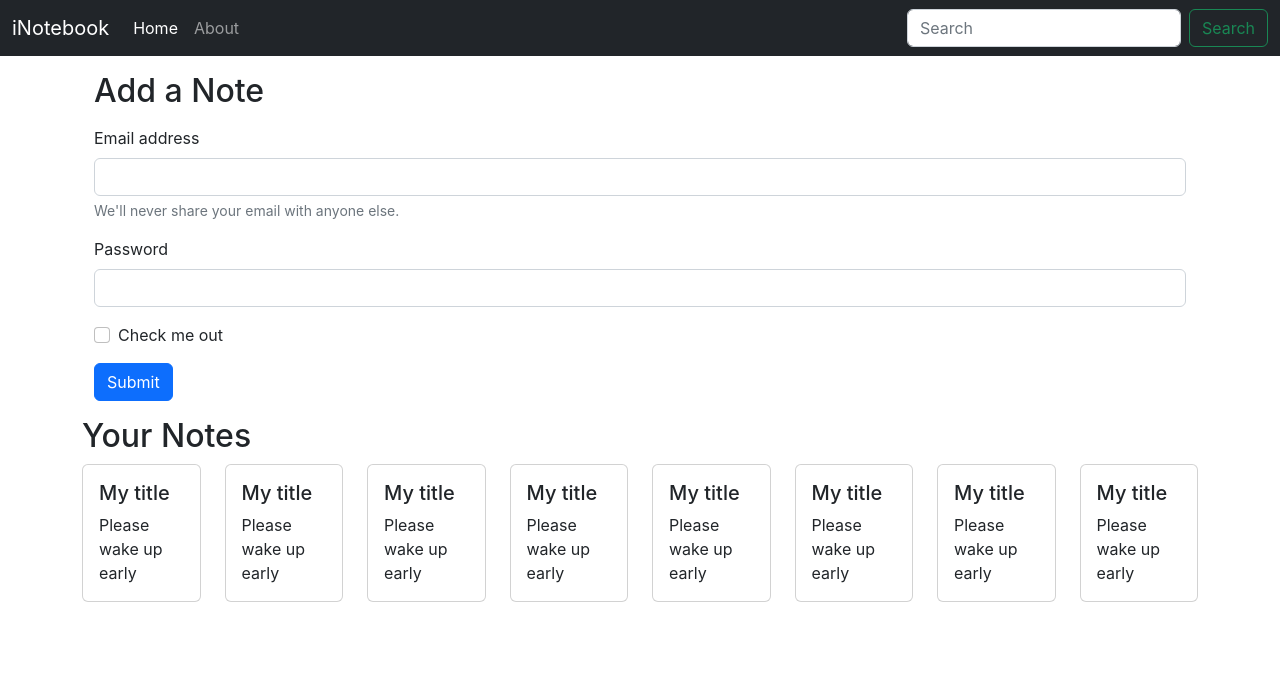
Repository: SatishPatil108/iNotebook-React
Page: /
These files come from the project's save history. The page is drawn as it stood at one moment and after the next save; the edit follows.
The browser window is 1280 px wide. The pictures show the whole page.
The project was rebuilt for these pictures with package versions that can differ from the ones it lists, and the page was loaded fresh each time. Also part of the build but not shown: src/App.css, src/components/About.js.

Above is the page before, as saved 2022-07-24 18:15:22.

### public/index.html
<!DOCTYPE html>
<html lang="en">

<head>
  <meta charset="utf-8" />
  <link rel="icon" href="%PUBLIC_URL%/favicon.ico" />
  <meta name="viewport" content="width=device-width, initial-scale=1" />
  <meta name="theme-color" content="#000000" />
  <meta name="description" content="Web site created using create-react-app" />
  <link rel="apple-touch-icon" href="%PUBLIC_URL%/logo192.png" />

  <link rel="manifest" href="%PUBLIC_URL%/manifest.json" />
  <link href="https://cdn.jsdelivr.net/npm/bootstrap@5.2.0/dist/css/bootstrap.min.css" rel="stylesheet"
    integrity="sha384-gH2yIJqKdNHPEq0n4Mqa/HGKIhSkIHeL5AyhkYV8i59U5AR6csBvApHHNl/vI1Bx" crossorigin="anonymous">

  <title>iNotebook - Your Notes Secured in the Cloud</title>
</head>

<body>
  <noscript>You need to enable JavaScript to run this app.</noscript>
  <div id="root"></div>
  <script src="https://cdn.jsdelivr.net/npm/@popperjs/core@2.11.5/dist/umd/popper.min.js"
    integrity="sha384-Xe+8cL9oJa6tN/veChSP7q+mnSPaj5Bcu9mPX5F5xIGE0DVittaqT5lorf0EI7Vk"
    crossorigin="anonymous"></script>
  <script src="https://cdn.jsdelivr.net/npm/bootstrap@5.2.0/dist/js/bootstrap.min.js"
    integrity="sha384-ODmDIVzN+pFdexxHEHFBQH3/9/vQ9uori45z4JjnFsRydbmQbmL5t1tQ0culUzyK"
    crossorigin="anonymous"></script>

</body>

</html>

### src/App.js
import './App.css';
import {
  BrowserRouter as Router,
  Routes,
  Route
} from "react-router-dom";
import Navbar from './components/Navbar';
import Home from './components/Home';
import About from './components/About';
import NoteState from './context/notes/NoteState';

function App() {
  return (
    <>
      <NoteState>
        <Router>
          <Navbar />
          <div className="container">
            <Routes>
              <Route exact path="/" element={<Home />}></Route>
              <Route exact path="/about" element={<About />}></Route>
            </Routes>
          </div>
        </Router>
      </NoteState>
    </>
  );
}

export default App;

### src/components/Navbar.js
import React, { useEffect } from 'react'
import { Link, useLocation } from "react-router-dom";

const Navbar = () => {

    let location = useLocation();
    useEffect(() => {
        console.log(location.pathname);
    }, [location]);
    return (
        <div>
            <nav className="navbar navbar-expand-lg navbar-dark  bg-dark">
                <div className="container-fluid">
                    <Link className="navbar-brand" to="/">iNotebook</Link>
                    <button className="navbar-toggler" type="button" data-bs-toggle="collapse" data-bs-target="#navbarSupportedContent" aria-controls="navbarSupportedContent" aria-expanded="false" aria-label="Toggle navigation">
                        <span className="navbar-toggler-icon"></span>
                    </button>
                    <div className="collapse navbar-collapse" id="navbarSupportedContent">
                        <ul className="navbar-nav me-auto mb-2 mb-lg-0">
                            <li className="nav-item">
                                <Link className={`nav-link ${location.pathname === "/" ? "active" : ""}`} aria-current="page" to="/">Home</Link>
                            </li>
                            <li className="nav-item">
                                <Link className={`nav-link ${location.pathname === "/about" ? "active" : ""}`} to="/about">About</Link>
                            </li>
                        </ul>
                        <form className="d-flex" role="search">
                            <input className="form-control me-2" type="search" placeholder="Search" aria-label="Search" />
                            <button className="btn btn-outline-success" type="submit">Search</button>
                        </form>
                    </div>
                </div>
            </nav>
        </div>
    )
}

export default Navbar

### src/components/Home.js
import Notes from './Notes';

const Home = () => {

    return (
        <div>
            <div className="container my-3">
                <h2>Add a Note</h2>
                <form className='my-3'>
                    <div className="mb-3">
                        <label for="exampleInputEmail1" className="form-label">Email address</label>
                        <input type="email" className="form-control" id="exampleInputEmail1" aria-describedby="emailHelp" />
                        <div id="emailHelp" className="form-text">We'll never share your email with anyone else.</div>
                    </div>
                    <div className="mb-3">
                        <label for="exampleInputPassword1" className="form-label">Password</label>
                        <input type="password" className="form-control" id="exampleInputPassword1" />
                    </div>
                    <div className="mb-3 form-check">
                        <input type="checkbox" className="form-check-input" id="exampleCheck1" />
                        <label className="form-check-label" for="exampleCheck1">Check me out</label>
                    </div>
                    <button type="submit" className="btn btn-primary">Submit</button>
                </form>
            </div>
            <Notes />
        </div>
    )
}

export default Home

### src/context/notes/NoteState.js
import NoteContext from "./noteContext";
import { useState } from "react";
const NoteState = (props) => {
    const notesInitial = [
        {
            "_id": "62da4a93624101fbcba2f70b",
            "user": "62da3547e5c581994402a424",
            "title": "My title",
            "description": "Please wake up early",
            "tag": "Personal",
            "date": "2022-07-22T06:58:27.100Z",
            "__v": 0
        },
        {
            "_id": "62da4a93624101fbcba2f70d",
            "user": "62da3547e5c581994402a424",
            "title": "My title",
            "description": "Please wake up early",
            "tag": "Personal",
            "date": "2022-07-22T06:58:27.254Z",
            "__v": 0
        },
        {
            "_id": "62da4b55247e3f71d9903681",
            "user": "62da3547e5c581994402a424",
            "title": "My title",
            "description": "Please wake up early",
            "tag": "Personal",
            "date": "2022-07-22T07:01:41.403Z",
            "__v": 0
        },
        {
            "_id": "62da89d6007163cf4d1b5c32",
            "user": "62da3547e5c581994402a424",
            "title": "My title",
            "description": "Please wake up early",
            "tag": "Personal",
            "date": "2022-07-22T11:28:22.313Z",
            "__v": 0
        },
        {
            "_id": "62da4a93624101fbcba2f70b",
            "user": "62da3547e5c581994402a424",
            "title": "My title",
            "description": "Please wake up early",
            "tag": "Personal",
            "date": "2022-07-22T06:58:27.100Z",
            "__v": 0
        },
        {
            "_id": "62da4a93624101fbcba2f70d",
            "user": "62da3547e5c581994402a424",
            "title": "My title",
            "description": "Please wake up early",
            "tag": "Personal",
            "date": "2022-07-22T06:58:27.254Z",
            "__v": 0
        },
        {
            "_id": "62da4b55247e3f71d9903681",
            "user": "62da3547e5c581994402a424",
            "title": "My title",
            "description": "Please wake up early",
            "tag": "Personal",
            "date": "2022-07-22T07:01:41.403Z",
            "__v": 0
        },
        {
            "_id": "62da89d6007163cf4d1b5c32",
            "user": "62da3547e5c581994402a424",
            "title": "My title",
            "description": "Please wake up early",
            "tag": "Personal",
            "date": "2022-07-22T11:28:22.313Z",
            "__v": 0
        }
    ]

    const [notes, setNotes] = useState(notesInitial)

    return (
        <NoteContext.Provider value={{ notes, setNotes }}>
            {props.children}
        </NoteContext.Provider>
    )
}

export default NoteState;

### src/components/Notes.js
import React, { useContext } from 'react'
import noteContext from '../context/notes/noteContext';
import Noteitem from './Noteitem';

const Notes = () => {
    const context = useContext(noteContext);
    const { notes, setNotes } = context;
    return (
        <div className="row my-3">
            <h2>Your Notes</h2>
            {notes.map((note) => {
                return <Noteitem note={note} />
            })}
        </div>
    )
}

export default Notes

### src/components/Noteitem.js
import React from 'react'

const Noteitem = (props) => {
    const { note } = props;
    return (
        <div className='col md-3'>
            <div class="card">
                <div class="card-body">
                    <h5 class="card-title">{note.title}</h5>
                    <p class="card-text">{note.description}</p>
                </div>
            </div>
        </div>
    )
}

export default Noteitem

Loaded but not shown: src/index.js (common file); src/index.css (common file); src/context/notes/noteContext.js (common file)

After the next save:
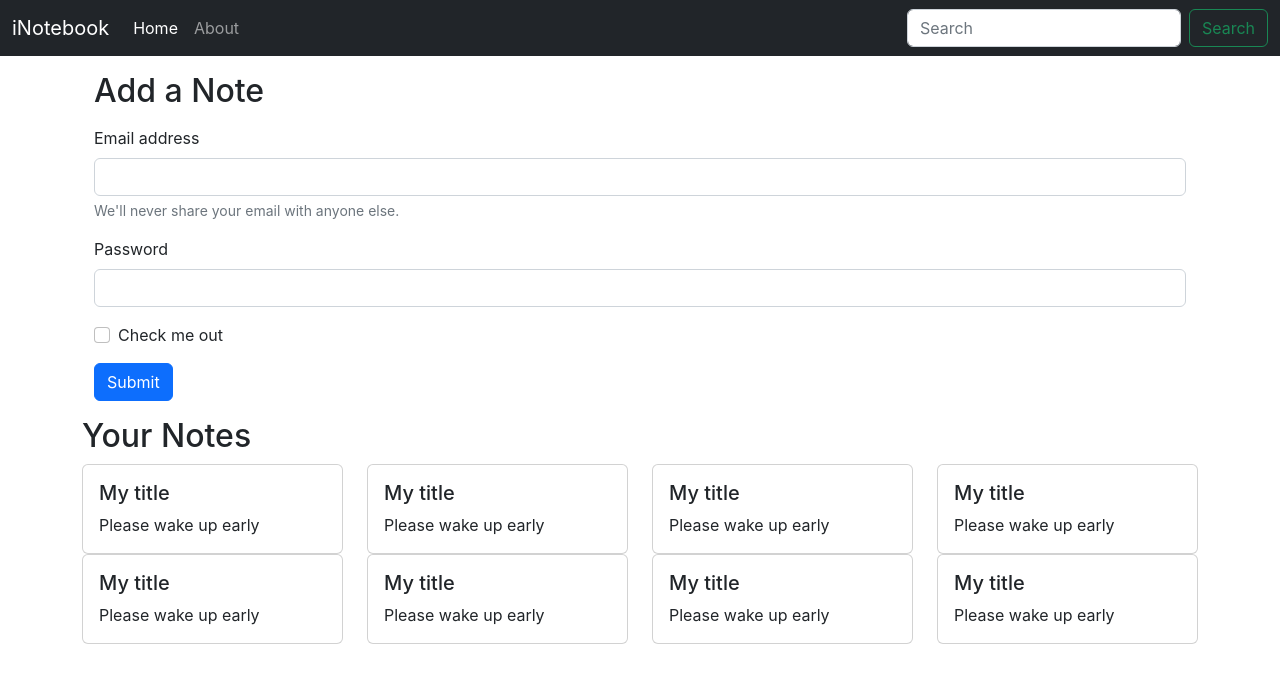
Saved 25 s later.
--- a/src/components/Noteitem.js
+++ b/src/components/Noteitem.js
@@ -3,7 +3,7 @@
 const Noteitem = (props) => {
     const { note } = props;
     return (
-        <div className='col md-3'>
+        <div className='col-md-3'>
             <div class="card">
                 <div class="card-body">
                     <h5 class="card-title">{note.title}</h5>
